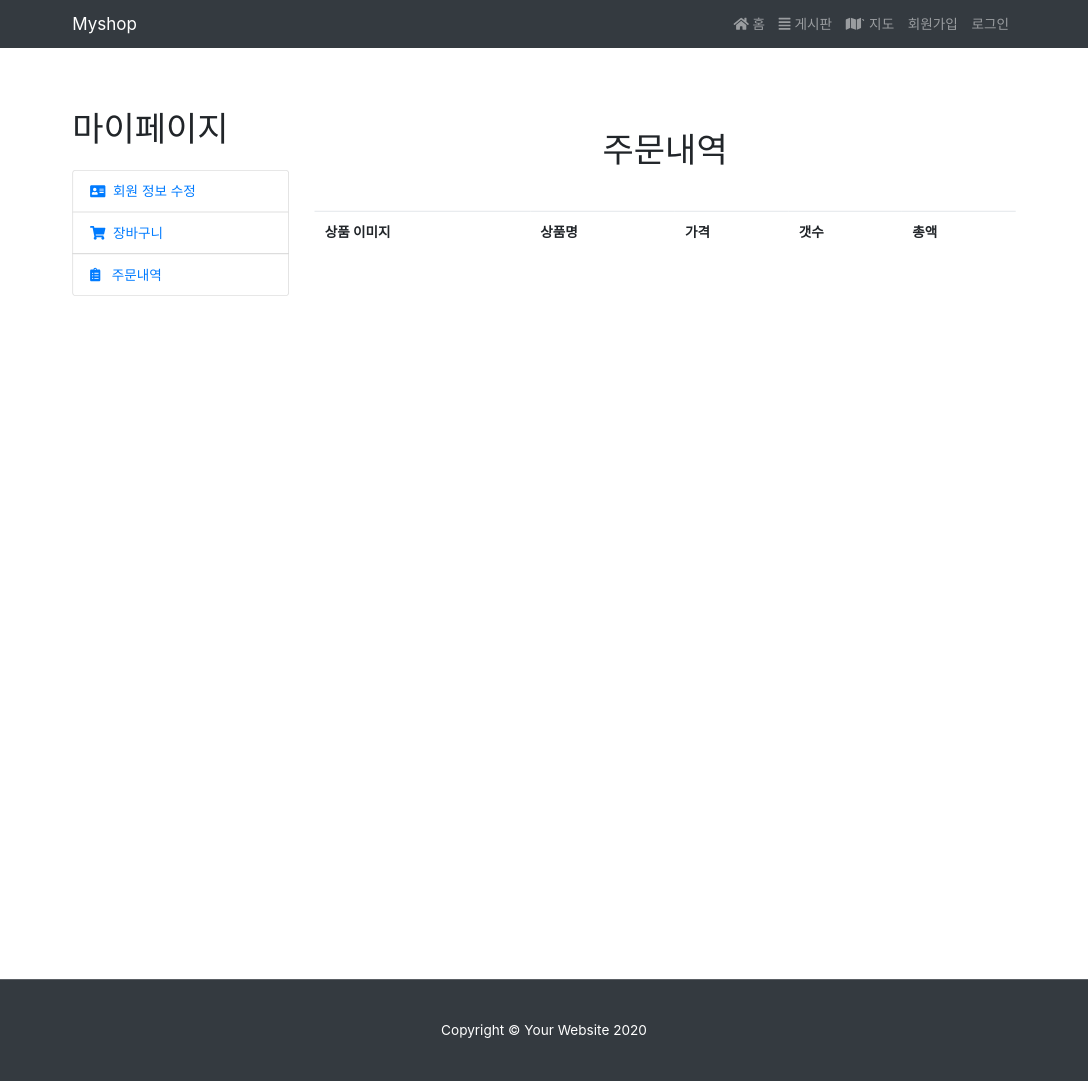
Repository: KimBiYam/ShoppingMallProject
Page: http://localhost/MyShop/WEB-INF/views/product/orderget.jsp
An editor plug-in stored every save of this project. The page is shown before and after the next save, followed by the edit.
The browser window is 1280 px wide. The pictures show the whole page, at 85% of full size.
Some web libraries are served in a nearby version. The page is served by Tomcat 9. Nobody is signed in. Other server files are loaded and not shown. The template is opened directly, without the code that normally fills it, so the values that code supplies are empty.

Above is the page before, as saved 2020-04-23 11:38:03.

### MyShop/src/main/webapp/WEB-INF/views/product/orderget.jsp
<%@ page language="java" contentType="text/html; charset=UTF-8"
	pageEncoding="UTF-8"%>
<%@taglib prefix="c" uri="http://java.sun.com/jsp/jstl/core"%>
<%@taglib prefix="fmt" uri="http://java.sun.com/jsp/jstl/fmt" %>
<%@taglib prefix="sec" uri="http://www.springframework.org/security/tags"%>
<!DOCTYPE html>
<html lang="en">
<head>
<meta charset="utf-8">
<meta name="viewport"
	content="width=device-width, initial-scale=1, shrink-to-fit=no">
<meta name="description" content="">
<meta name="author" content="">

<title>주문내역</title>
</head>
<body>
	<jsp:include page="../includes/header.jsp" />
	<jsp:include page="../includes/usersidebar.jsp" />
	<div class="col-lg-9">
		<h1 class="my-5 text-center">주문내역</h1>
		<table class="table">
			<tr>
				<th>상품 이미지</th>
				<th>상품명</th>
				<th>가격</th>
				<th>갯수</th>
				<th>총액</th>
			</tr>
			<c:forEach items="${orderlist }" var="orderlist">
			<tr>
				<td><img alt="" src="${orderlist.src }" width="100px"></td>
				<td>${orderlist.productname }</td>
				<td>${orderlist.productprice } <i class="fas fa-won-sign"></i></td>
				<td>${orderlist.amount }</td>
				<td>${orderlist.productprice*orderlist.amount } <i class="fas fa-won-sign"></i></td>
			</tr>
			</c:forEach>
		</table>
	</div>
	<!-- /.col-lg-9 -->
	</div>
	<!-- /.row -->
	</div>
	<!-- /.container -->
	<jsp:include page="../includes/footer.jsp"></jsp:include>

<script type="text/javascript">
</script>
</body>

</html>

### MyShop/src/main/webapp/WEB-INF/views/includes/header.jsp
<%@ page language="java" contentType="text/html; charset=UTF-8"
	pageEncoding="UTF-8"%>
<%@taglib prefix="sec"
	uri="http://www.springframework.org/security/tags"%>
<%@taglib prefix="c" uri="http://java.sun.com/jsp/jstl/core"%>
<!DOCTYPE html>
<!-- Bootstrap core CSS -->
<link href="/myshop/resources/vendor/bootstrap/css/bootstrap.min.css"
	rel="stylesheet">
<!-- Custom styles for this template -->
<link href="/myshop/resources/css/shop-homepage.css" rel="stylesheet">
<!-- Bootstrap core JavaScript -->
<script src="/myshop/resources/vendor/jquery/jquery.min.js"></script>
<script
	src="/myshop/resources/vendor/bootstrap/js/bootstrap.bundle.min.js"></script>
<script
	src="https://t1.daumcdn.net/mapjsapi/bundle/postcode/prod/postcode.v2.js"></script>
<script src="/myshop/resources/js/member.js"></script>
<script
	src="https://cdnjs.cloudflare.com/ajax/libs/font-awesome/5.11.2/js/all.min.js"
	crossorigin="anonymous"></script>

<!-- Navigation -->
<nav class="navbar navbar-expand-lg navbar-dark bg-dark fixed-top">
	<div class="container">
		<a class="navbar-brand" href="/myshop">Myshop</a>
		<button class="navbar-toggler" type="button" data-toggle="collapse"
			data-target="#navbarResponsive" aria-controls="navbarResponsive"
			aria-expanded="false" aria-label="Toggle navigation">
			<span class="navbar-toggler-icon"></span>
		</button>
		<div class="collapse navbar-collapse" id="navbarResponsive">
			<ul class="navbar-nav ml-auto">
				<li class="nav-item"><a class="nav-link" href="/myshop"><i
						class="fas fa-home"></i> 홈 </a></li>
				<li class="nav-item"><a class="nav-link"
					href="/myshop/board/list"><i class="fas fa-align-justify"></i>
						게시판</a></li>
				<li class="nav-item"><a class="nav-link" href="/myshop/map"><i
						class="fa fa-map"></i>` 지도</a></li>
				<sec:authorize access="isAnonymous()">
					<li class="nav-item"><a class="nav-link"
						href="javascript:join()">회원가입</a></li>
					<li class="nav-item"><a class="nav-link"
						href="javascript:login()">로그인</a></li>
				</sec:authorize>
				<sec:authorize access="isAuthenticated()">
					<sec:authorize access='hasRole("ROLE_USER")'>
						<li class="nav-item"><a class="nav-link"
							href="/myshop/user/update"><i class="far fa-address-book"></i>
								마이 페이지</a></li>
						<li class="nav-item"><a
							href="/myshop/product/cart?userid=<sec:authentication property="principal.username"/>"
							class="nav-link"><i class="fas fa-shopping-cart"></i> 장바구니</a></li>
						<li class="nav-item"><a class="nav-link"
							href="/myshop/product/order/list?userid=<sec:authentication property="principal.username"/>"><i
								class="fas fa-clipboard-list"></i> 주문 내역</a></li>
					</sec:authorize>
					<sec:authorize access='hasRole("ROLE_ADMIN")'>
						<li class="nav-item"><a class="nav-link"
							href="/myshop/admin/list"><i class="fas fa-address-card"></i>
								회원 관리</a></li>
						<li class="nav-item"><a class="nav-link"
							href="/myshop/product/category/list"><i class="fas fa-tags"></i>
								카테고리 관리</a></li>
						<li class="nav-item"><a class="nav-link"
							href="/myshop/product/order/admin/list"><i
								class="fas fa-clipboard-list"></i> 주문 관리</a></li>
						<li class="nav-item"><a class="nav-link"
							href="/myshop/product/register"><i
								class="fas fa-balance-scale"></i> 상품 등록</a></li>
					</sec:authorize>
					<li class="nav-item">
						<form id="logoutForm" action="/myshop/logout" method="post">
							<input type="hidden" name="${_csrf.parameterName }"
								value="${_csrf.token }">
						</form> <a class="nav-link" href="javascript:logout()">로그아웃</a>
					</li>
				</sec:authorize>
			</ul>
		</div>
	</div>
</nav>
<!-- #joinModal -->
<div class="modal fade" id="joinModal" tabindex="-1" role="dialog"
	aria-labelledby="myModalLabel" aria-hidden="true">
	<div class="modal-dialog">
		<div class="modal-content">
			<div
				class="modal-header justify-content-center font-weight-light my-4">
				<h3 class="modal-title" id="myModalLabel">회원가입</h3>
			</div>
			<div class="modal-body">
				<form id="joinForm" action="/myshop/user/join" method="post">
					<input type="hidden" name="${_csrf.parameterName }"
						value="${_csrf.token }"> <input type="hidden" name="addr"
						id="addr"> <input type="hidden" name="idcheck"
						id="idcheck" value="0">
					<div class="form-group">
						<label class="small mb-1" for="joinid">ID</label>
						<div class="input-group">
							<input class="form-control input-group-prepend joinInput"
								name="userid" id="joinid" type="text" placeholder="아이디를 입력하세요" />
							<button type="button" id="idcheckBtn"
								class="btn btn-outline-info input-group-append">중복체크</button>
						</div>
					</div>
					<div class="form-group">
						<label class="small mb-1" for="joinpw">Password</label> <input
							class="form-control joinInput" name="userpw" id="joinpw"
							type="password" placeholder="패스워드를 입력하세요" />
					</div>
					<div class="form-group">
						<label class="small mb-1" for="userpw">Password 확인</label> <input
							class="form-control joinInput" id="pwdcheck" type="password"
							placeholder="패스워드를 입력하세요" />
					</div>
					<div class="form-group">
						<label class="small mb-1" for="username">이름</label> <input
							class="form-control joinInput" name="username" id="username"
							type="text" placeholder="이름을 입력하세요" />
					</div>
					<div class="form-group">
						<label class="small mb-1" for="tel">휴대전화</label> <input
							class="form-control joinInput" name="tel" id="tel" type="tel"
							maxlength="13" placeholder="전화번호를 입력하세요" />
					</div>
					<div class="form-group">
						<label class="small mb-1" for="email">이메일</label> <input
							class="form-control joinInput" name="email" id="email"
							type="email" placeholder="이메일을 입력하세요" />
					</div>
					<div class="form-group">
						<label class="small mb-1">우편번호</label> <input
							class="form-control joinInput" style="width: 30%" type="text"
							name="zipcode" id="zipcode" readonly="readonly">
					</div>
					<div class="form-group">
						<label class="small mb-1">주소</label>
						<div class="input-group">
							<input class="form-control input-group-prepend joinInput"
								type="text" id="addrView" readonly="readonly">
							<button type="button" id="addrBtn"
								class="btn btn-outline-primary input-group-apeend">주소
								검색</button>
						</div>
					</div>
					<div class="form-group">
						<label class="small mb-1" for="addrDetail">상세주소</label> <input
							class="form-control joinInput" name="addrDetail" id="addrDetail"
							type="text" placeholder="상세주소를 입력하세요" />
					</div>
					<div class="form-group">
						<label class="small mb-1" for="role">관리자 코드</label> <input
							class="form-control joinInput" name="admincode" id="admincode"
							type="text" placeholder="관리자가 되려면 코드를 입력하세요" />
					</div>
					<div class="form-group mt-4 mb-0">
						<button type="button" class="btn btn-primary float-right"
							id="joinBtn">회원가입</button>
					</div>
				</form>
			</div>
		</div>
		<!-- /.modal-content -->
	</div>
	<!-- /.modal-dialog -->
</div>
<!-- /#joinModal -->
<!-- #loginModal -->
<div class="modal fade" id="loginModal" tabindex="-1" role="dialog"
	aria-labelledby="myModalLabel" aria-hidden="true">
	<div class="modal-dialog">
		<div class="modal-content">
			<div
				class="modal-header justify-content-center font-weight-light my-4">
				<h3 class="modal-title" id="myModalLabel">로그인</h3>
			</div>
			<div class="modal-body">
				<form id="loginForm" action="/myshop/login" method="post">
					<input type="hidden" name="${_csrf.parameterName }"
						value="${_csrf.token }">
					<div class="form-group">
						<label class="small mb-1" for="userid">ID</label>
						<div class="input-group">
							<input class="form-control input-group-prepend" name="username"
								id="loginid" type="text" placeholder="아이디를 입력하세요" />
						</div>
					</div>
					<div class="form-group">
						<label class="small mb-1" for="userpw">Password</label> <input
							class="form-control" name="password" id="loginpw" type="password"
							placeholder="패스워드를 입력하세요" />
					</div>
					<div class="form-group">
						<div class="custom-control custom-checkbox">
							<input class="custom-control-input" name="remember-me"
								id="remember-me" type="checkbox" /> <label
								class="custom-control-label" for="remember-me">자동 로그인</label>
						</div>
					</div>
					<div class="form-group mt-4 mb-0">
						<button type="button" class="btn btn-primary float-right" id="loginBtn">로그인</button>
					</div>
				</form>
				<!-- 네이버 로그인 창 -->
				<div id="naver_id_login float-left" style="text-align: center">
					<a class="float-left" href="${url }"> <img width="223" src="/myshop/resources/img/login.PNG" /></a>
				</div>
			</div>
		</div>
		<!-- /.modal-content -->
	</div>
	<!-- /.modal-dialog -->
</div>
<!-- /#loginModal -->

### MyShop/src/main/webapp/WEB-INF/views/includes/usersidebar.jsp
<%@ page language="java" contentType="text/html; charset=UTF-8"
    pageEncoding="UTF-8"%>
<%@taglib prefix="sec" uri="http://www.springframework.org/security/tags" %>
  <!-- Page Content -->
  <div class="container my-5" style="min-height: 1000px">
    <div class="row">
      <div class="col-lg-3">
        <h1 class="my-4">마이페이지</h1>
        <div class="list-group">
          <a href="/myshop/user/update" class="list-group-item"><i class="fas fa-address-card"></i>&nbsp;&nbsp;회원 정보 수정</a>
          <a href="/myshop/product/cart?userid=<sec:authentication property="principal.username"/>" class="list-group-item"><i class="fas fa-shopping-cart"></i>&nbsp;&nbsp;장바구니</a>
          <a href="/myshop/product/order/list?userid=<sec:authentication property="principal.username"/>" class="list-group-item"><i class="fas fa-clipboard-list"></i>&nbsp;&nbsp;&nbsp;주문내역</a>
        </div>
      </div>
      <!-- /.col-lg-3 -->

### MyShop/src/main/webapp/WEB-INF/views/includes/footer.jsp
<%@ page language="java" contentType="text/html; charset=UTF-8"
    pageEncoding="UTF-8"%>
<!DOCTYPE html>
  <!-- Footer -->
  <footer class="py-5 bg-dark">
    <div class="container">
      <p class="m-0 text-center text-white">Copyright &copy; Your Website 2020</p>
    </div>
    <!-- /.container -->
  </footer>

### MyShop/src/main/webapp/resources/js/member.js
//회원가입 폼
function join() {
	$(".joinInput").val("");
	$("#joinModal").modal("show");
	$("#joinid").removeAttr("readonly");
	$("#idcheck").val("0");
}
//로그인 폼
function login() {
	$("#loginid").val("");
	$("#loginpw").val("");
	$("#loginModal").modal("show");
}
//로그아웃 버튼
function logout(){
	alert("로그아웃 되었습니다");
	$("#logoutForm").submit();
}

$(function() {
//	이메일 정규식
var regemail=/^[-A-Za-z0-9_]+[-A-Za-z0-9_.]*[@]{1}[-A-Za-z0-9_]+[-A-Za-z0-9_.]*[.]{1}[A-Za-z]{1,5}$/;
var regtel = /^(01[016789]{1}|02|0[3-9]{1}[0-9]{1})-?[0-9]{3,4}-?[0-9]{4}$/;

//	아이디 한글 입력 방지
	$("#joinid").on("blur keyup",function(){
		$(this).val($(this).val().replace(/[ㄱ-ㅎ|ㅏ-ㅣ|가-힣]/g,''));
	})
	$("#loginid").on("blur keyup",function(){
		$(this).val($(this).val().replace(/[ㄱ-ㅎ|ㅏ-ㅣ|가-힣]/g,''));
	})
//	전화번호 자동 하이픈
	$('#tel').keydown(function(event) {
	    var key = event.charCode || event.keyCode || 0;
	    $text = $(this);
	    if (key !== 8 && key !== 9) {
	        if ($text.val().length === 3) {
	            $text.val($text.val() + '-');
	        }
	        if ($text.val().length === 8) {
	            $text.val($text.val() + '-');
	        }
	    }

	    return (key == 8 || key == 9 || key == 46 || (key >= 48 && key <= 57) || (key >= 96 && key <= 105));
	});

//	이름 한글만 입력
	$("#username").on("blur keyup",function(){
		$(this).val($(this).val().replace(/[a-z0-9]|[ \[\]{}()<>?|`~!@#$%^&*-_+=,.;:\"'\\]/g,''));
	})

	// 회원가입
	$("#joinBtn").on("click", function() {
		if ($("#joinnid").val() == "") {
			alert("아이디를 입력하세요");
			$("#joinnid").focus();
			return false;
		}
		if ($("#joinpw").val() == "") {
			alert("패스워드를 입력하세요");
			$("#joinpw").focus();
			return false;
		}
		if ($("#pwdcheck").val() == "") {
			alert("패스워드 확인을 입력하세요");
			$("#pwdcheck").focus();
			return false;
		}
		if ($("#username").val() == "") {
			alert("이름을 입력하세요");
			$("#username").focus();
			return false;
		}
		if ($("#tel").val() == "") {
			alert("전화번호를 입력하세요");
			$("#tel").focus();
			return false;
		}
		if ($("#email").val() == "") {
			alert("이메일을 입력하세요");
			$("#email").focus();
			return false;
		}
		if ($("#addrView").val() == "") {
			alert("주소를 검색하세요");
			return false;
		}
		if ($("#addrDetail").val() == "") {
			alert("상세주소를 입력하세요");
			$("#addrDetail").focus();
			return false;
		}

		if ($("#idcheck").val() == "0") {
			alert("아이디 중복체크를 하세요");
			return false;
		}
		if ($("#joinpw").val() != $("#pwdcheck").val()) {
			alert("패스워드가 틀렸습니다");
			$("#joinpw").val("");
			$("#pwdcheck").val("");
			$("#joinpw").focus();
			return false;
		}
		if(!regtel.exec($("#tel").val())){
			alert("전화번호 양식이 틀렸습니다");
			$("#tel").val("");
			$("#tel").focus();
			return false;
		}
		if(!regemail.exec($("#email").val())){
			alert("이메일 양식이 틀렸습니다");
			$("#email").val("");
			$("#email").focus();
			return false;
		}

		var addr = $("#addrView").val() + " " + $("#addrDetail").val();
		$("#addr").val(addr);

		$("#joinForm").submit();
		alert("회원가입이 완료 되었습니다!");
	});

	$("#idcheckBtn").click(function() {
		if ($("#joinid").val() == "") {
			alert("ID를 입력해주세요");
			$("#registerid").focus();
			return false;
		}
		if ($("#idcheck").val() == "1") {
			$("#joinid").removeAttr("readonly");
			$("#joinid").val("");
			$("#idcheck").val("0");
			return false;
		}
		$.get("/myshop/user/idcheck", {
			"userid" : $("#joinid").val()
		}, function(data) {
			if (data == "no"){
				alert("이미 가입된 아이디 입니다");
				$("#joinid").val("");
				$("#joinid").focus();
			}
			if (data == "yes") {
				alert("사용 가능한 아이디 입니다");
				$("#joinid").attr("readonly", "readonly");
				$("#idcheck").val("1");
			}


		})
	});

	// 카카오 주소 API 팝업
	$("#addrBtn").on(
			"click",
			function() {
				new daum.Postcode(
						{
							oncomplete : function(data) {
								// 팝업에서 검색결과 항목을 클릭했을때 실행할 코드를 작성하는 부분.

								// 각 주소의 노출 규칙에 따라 주소를 조합한다.
								// 내려오는 변수가 값이 없는 경우엔 공백('')값을 가지므로, 이를 참고하여 분기
								// 한다.
								var addr = ''; // 주소 변수
								var extraAddr = ''; // 참고항목 변수

								// 사용자가 선택한 주소 타입에 따라 해당 주소 값을 가져온다.
								if (data.userSelectedType === 'R') { // 사용자가
																		// 도로명
																		// 주소를
																		// 선택했을
																		// 경우
									addr = data.roadAddress;
								} else { // 사용자가 지번 주소를 선택했을 경우(J)
									addr = data.jibunAddress;
								}

								// 사용자가 선택한 주소가 도로명 타입일때 참고항목을 조합한다.
								if (data.userSelectedType === 'R') {
									// 법정동명이 있을 경우 추가한다. (법정리는 제외)
									// 법정동의 경우 마지막 문자가 "동/로/가"로 끝난다.
									if (data.bname !== ''
											&& /[동|로|가]$/g.test(data.bname)) {
										extraAddr += data.bname;
									}
									// 건물명이 있고, 공동주택일 경우 추가한다.
									if (data.buildingName !== ''
											&& data.apartment === 'Y') {
										extraAddr += (extraAddr !== '' ? ', '
												+ data.buildingName
												: data.buildingName);
									}
									// 표시할 참고항목이 있을 경우, 괄호까지 추가한 최종 문자열을 만든다.
									if (extraAddr !== '') {
										extraAddr = ' (' + extraAddr + ')';
									}
									// 조합된 참고항목을 해당 필드에 넣는다.
									// document.getElementById("sample6_extraAddress").value
									// = extraAddr;

								} else {
									// document.getElementById("sample6_extraAddress").value
									// = '';
								}

								// 우편번호와 주소 정보를 해당 필드에 넣는다.
								$("#zipcode").val(data.zonecode);
								$("#addrView").val(addr);
								// 커서를 상세주소 필드로 이동한다.
								$("#addrDetail").focus();
							}
						}).open();
			});

	// 로그인
	$("#loginBtn").on("click", function() {
		if ($("#loginid").val() == "") {
			alert("아이디를 입력하세요");
			$("#loginid").focus();
			return false;
		}
		if ($("#loginpw").val() == "") {
			alert("패스워드를 입력하세요");
			$("#loginpw").focus();
			return false;
		}
		$("#loginForm").submit();
	});

})

Loaded but not shown: MyShop/src/main/webapp/resources/css/shop-homepage.css (common file)

After the next save:
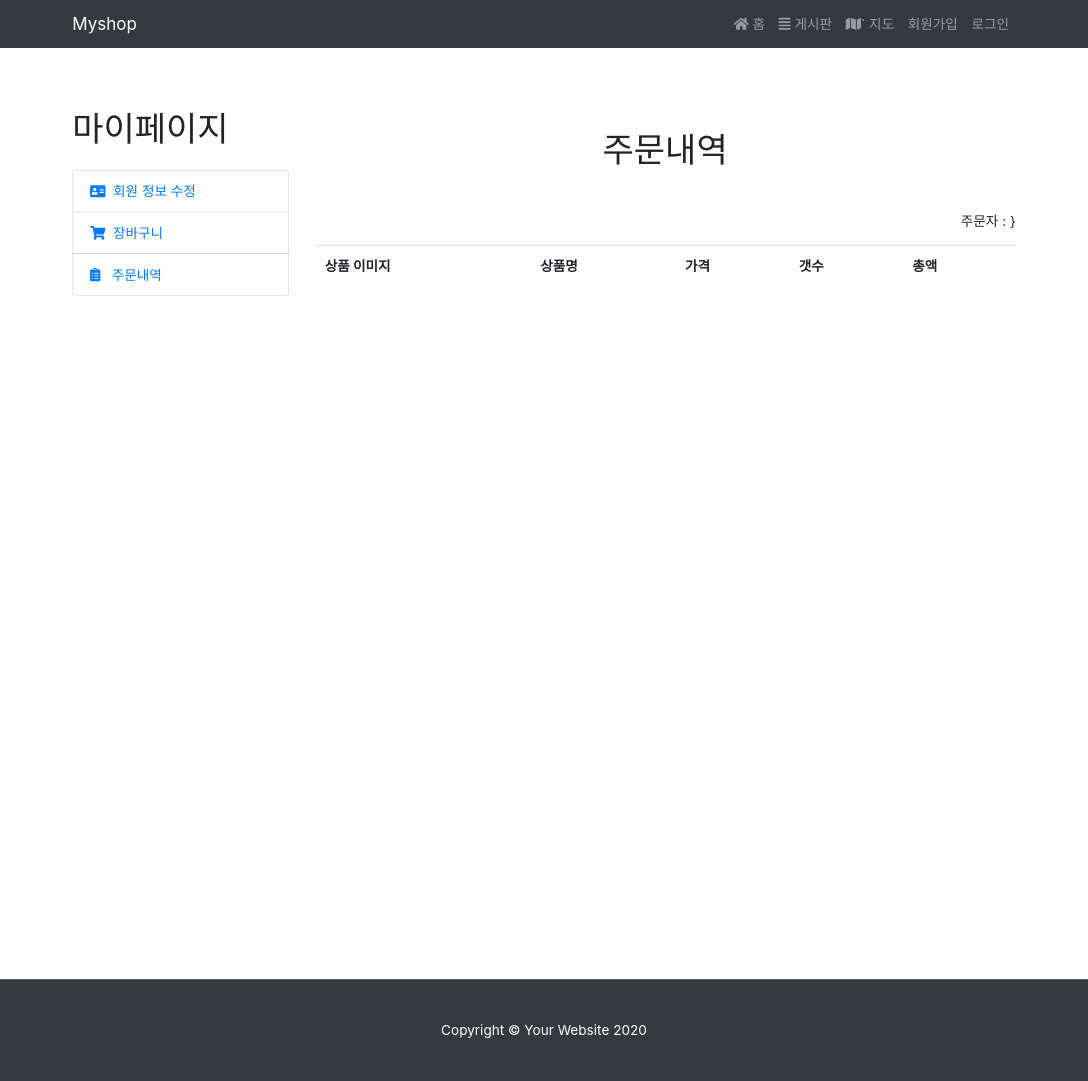
Saved 4 min 30 s later.
--- a/MyShop/src/main/webapp/WEB-INF/views/product/orderget.jsp
+++ b/MyShop/src/main/webapp/WEB-INF/views/product/orderget.jsp
@@ -19,6 +19,9 @@
 	<jsp:include page="../includes/usersidebar.jsp" />
 	<div class="col-lg-9">
 		<h1 class="my-5 text-center">주문내역</h1>
+		<div class="text-right">
+		<p>주문자 :  }</p>
+		</div>
 		<table class="table">
 			<tr>
 				<th>상품 이미지</th>

After the save that followed:
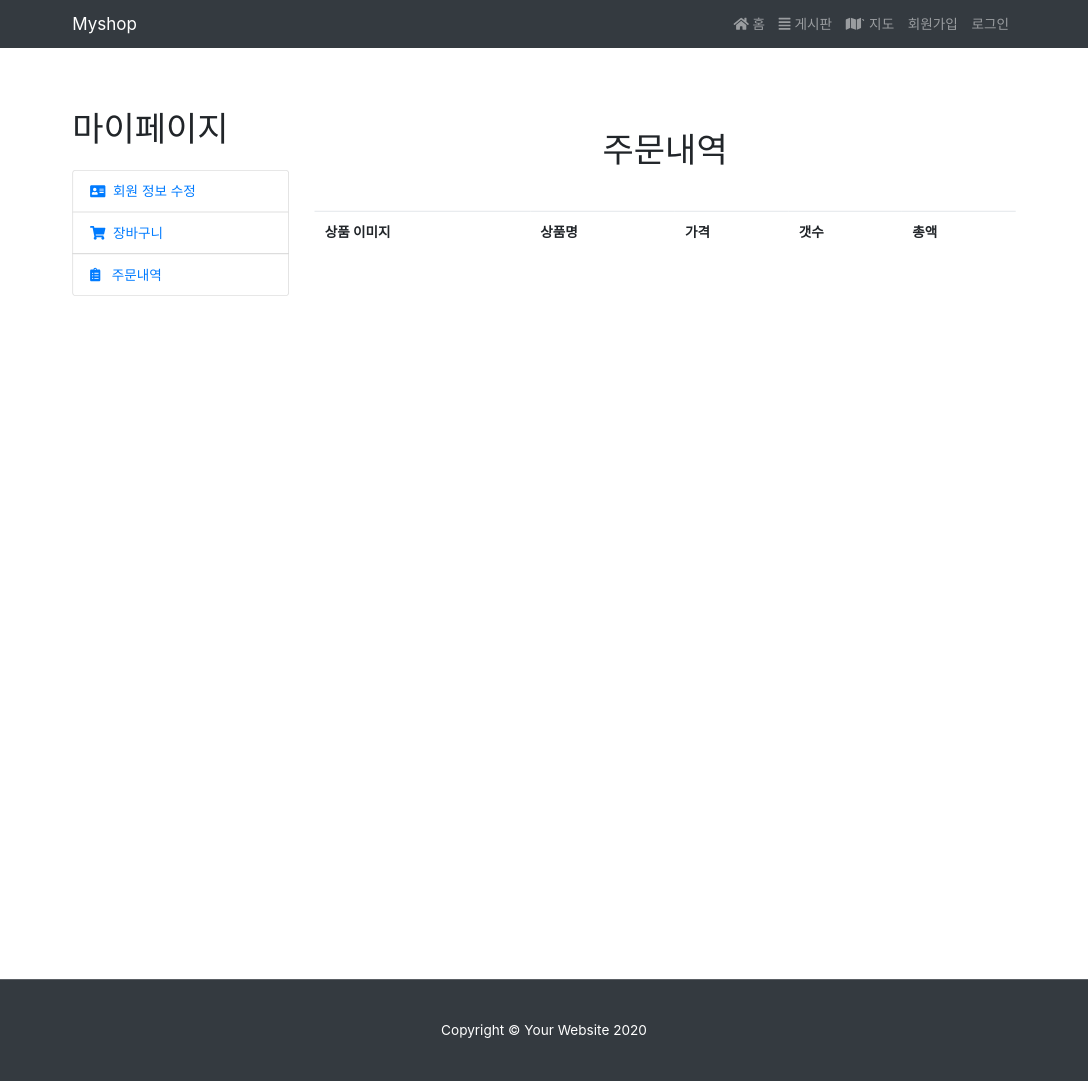
Saved 29 s later.
--- a/MyShop/src/main/webapp/WEB-INF/views/product/orderget.jsp
+++ b/MyShop/src/main/webapp/WEB-INF/views/product/orderget.jsp
@@ -20,7 +20,6 @@
 	<div class="col-lg-9">
 		<h1 class="my-5 text-center">주문내역</h1>
 		<div class="text-right">
-		<p>주문자 :  }</p>
 		</div>
 		<table class="table">
 			<tr>
